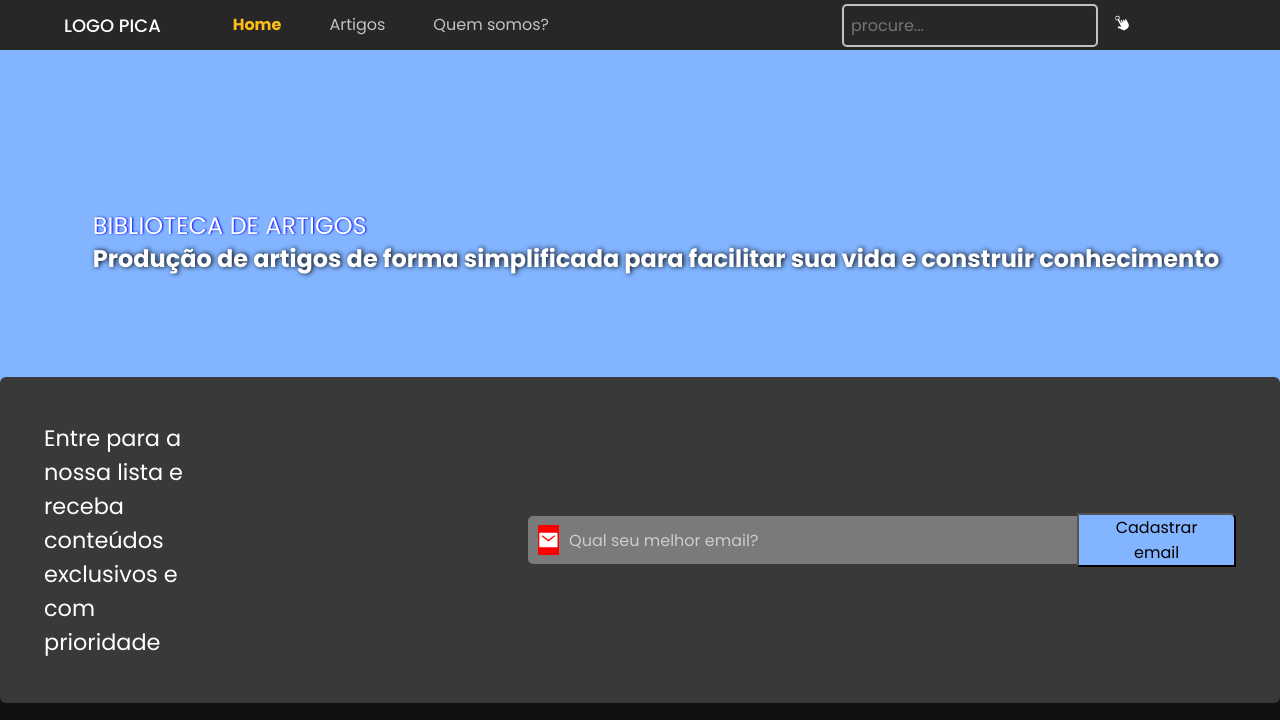
Repository: ArthurHendrich/Inepto
Page: /
An editor plug-in stored every save of this project. The page is shown before and after the next save, followed by the edit.
The browser window is 1280 px wide. The pictures show the whole page.
The project was rebuilt for these pictures with package versions that can differ from the ones it lists, and the page was loaded fresh each time. The framework's server and built-in components were replaced by stand-ins that run in the browser. Also part of the build but not shown: next.config.js.

Above is the page before, as saved 2022-07-06 20:38:49.

After the next save:
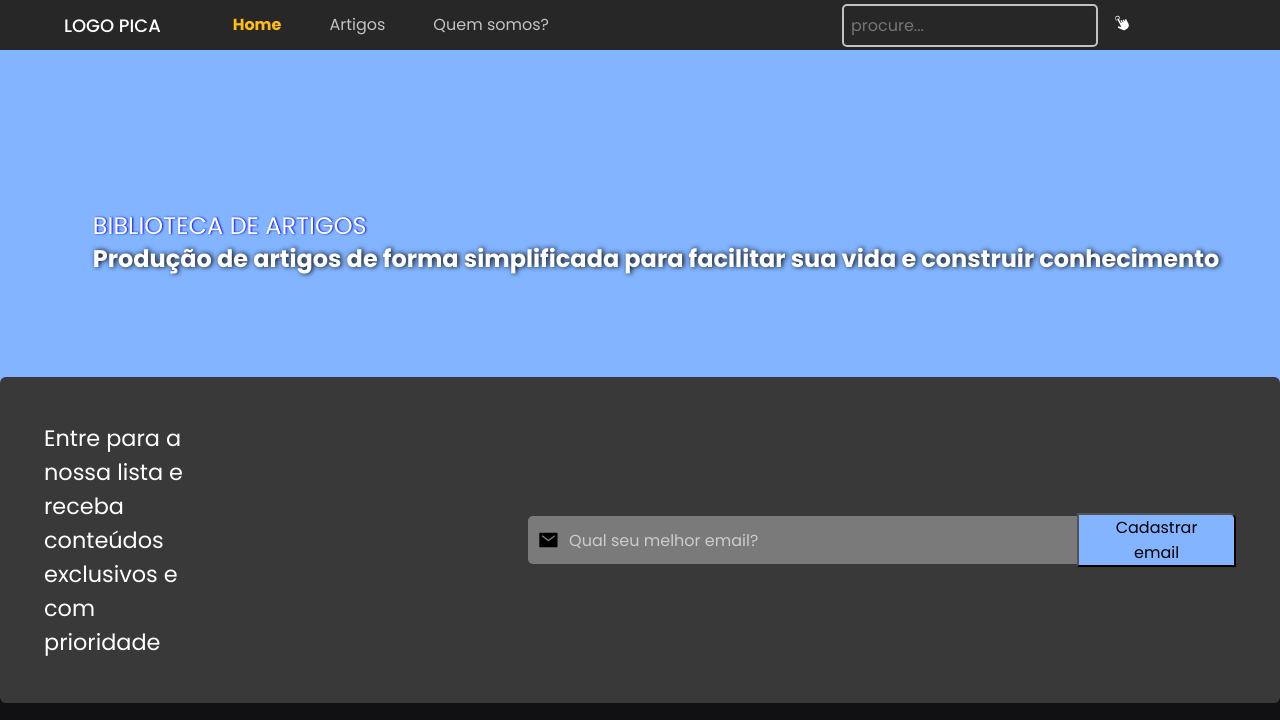
Saved 6 s later.
--- a/src/styles/home.module.scss
+++ b/src/styles/home.module.scss
@@ -78,7 +78,7 @@
         width: 30px;
         margin-right: 10px;
         margin-left: 10px;
-        background-color: red;
+        color: black
       }
     }
   }
